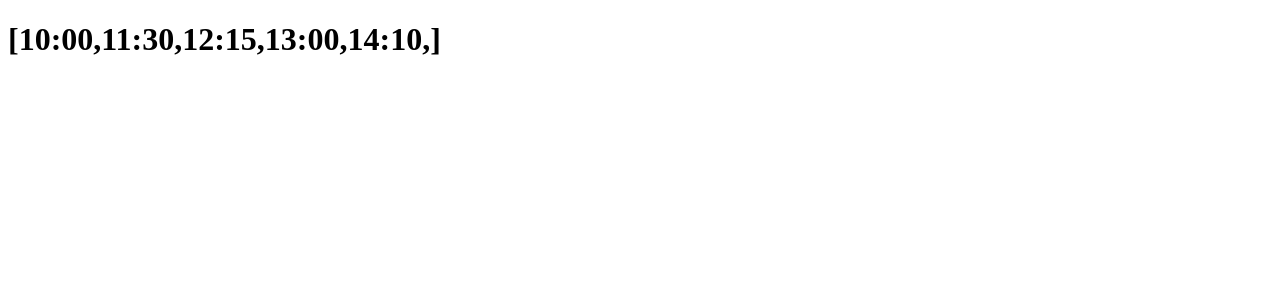
Repository: tsydikov/react_test_task_part2
Page: /
An editor plug-in stored every save of this project. The page is shown before and after the next save, followed by the edit.
The browser window is 1280 px wide. The pictures show the whole page.
The project was rebuilt for these pictures with package versions that can differ from the ones it lists, and the page was loaded fresh each time.

Above is the page before, as saved 2021-09-02 01:42:32.

After the next save:
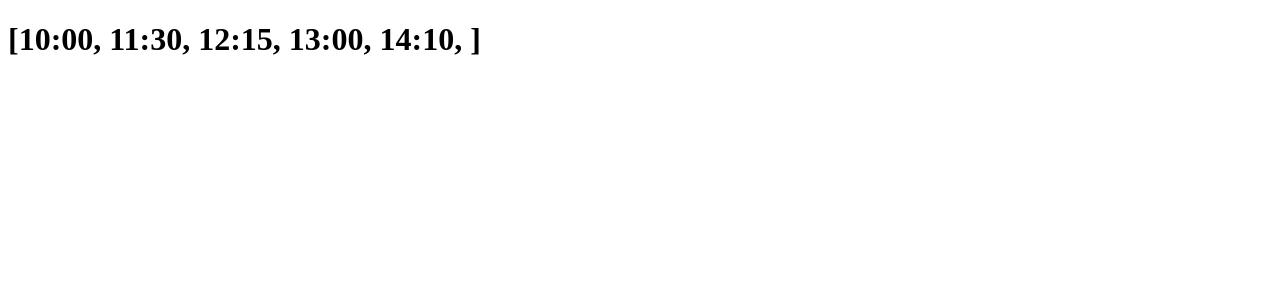
Saved 23 s later.
--- a/src/App.js
+++ b/src/App.js
@@ -74,7 +74,7 @@ function App() {
   return (
     <div className="App">
       <h1>[{workingIntervals.map(interval =>
-        interval+',' )}]</h1>
+        interval+', ' )}]</h1>
     </div>
   );
 }
